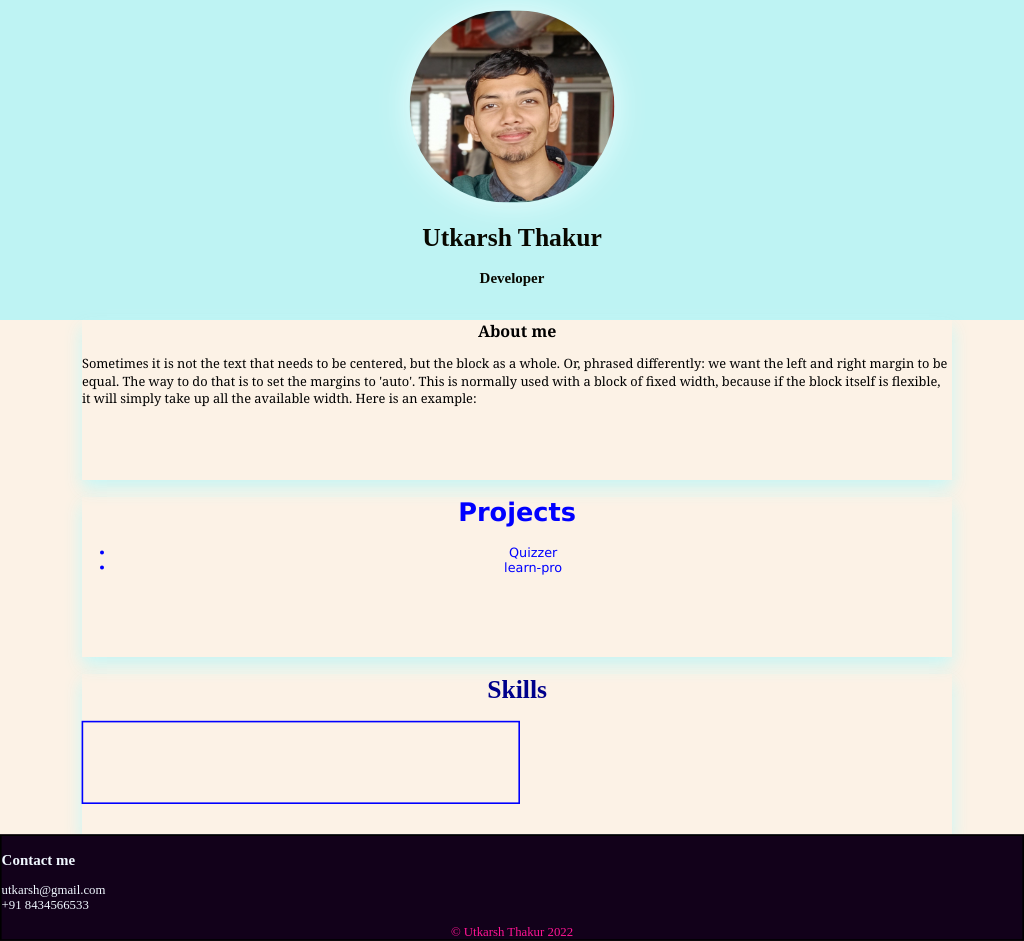
Repository: UtkarshThakur321/Utkarsh-Thakur-Profile
Page: index.html
The author's editor kept a copy of each file at every save. The page is drawn from the files as they stood at one save, then again after the next save.
The browser window is 1280 px wide. The pictures show the whole page, at 80% of full size.

Above is the page before, as saved 2022-01-22 23:56:37.
Not found: main.js

After the next save:
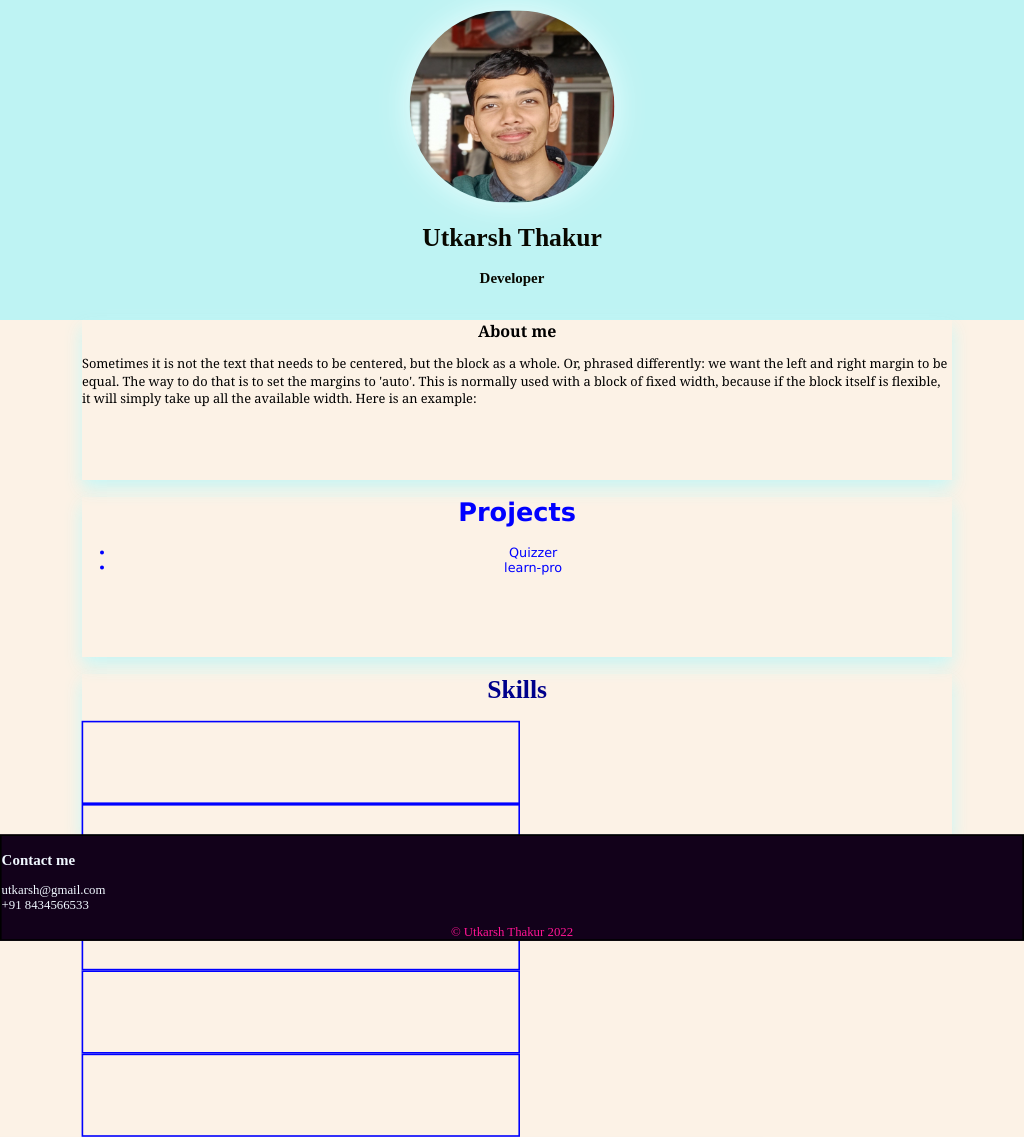
Saved 11 s later.
--- a/index.html
+++ b/index.html
@@ -61,6 +61,18 @@
         <div class="skillsContent">
 
         </div>
+        <div class="skillsContent">
+
+        </div>
+        <div class="skillsContent">
+
+        </div>
+        <div class="skillsContent">
+
+        </div>
+        <div class="skillsContent">
+
+        </div>
 
     </div>
 
